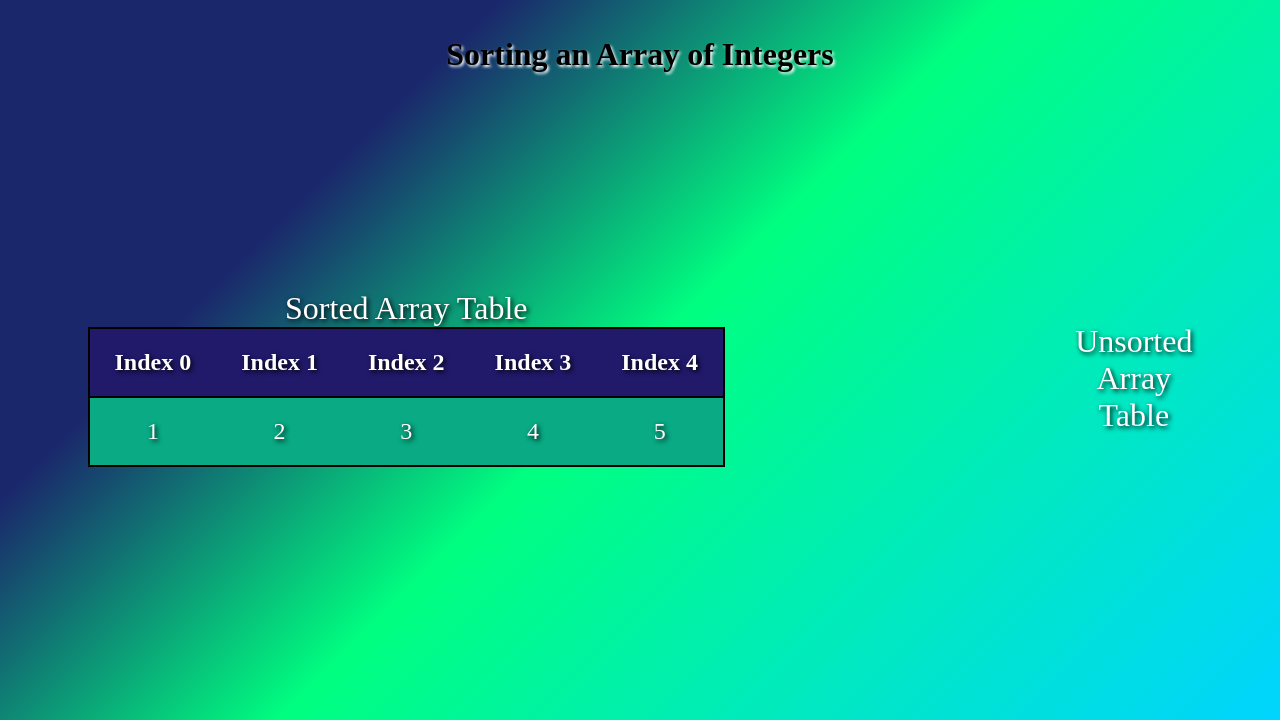
Repository: mlmEFSC21/P16-Sorting-Integers
Page: sort.html
These files come from the project's save history. The page is drawn as it stood at one moment and after the next save; the edit follows.
The browser window is 1280 px wide. The pictures show the whole page.

Above is the page before, as saved 2022-03-25 14:22:12.

After the next save:
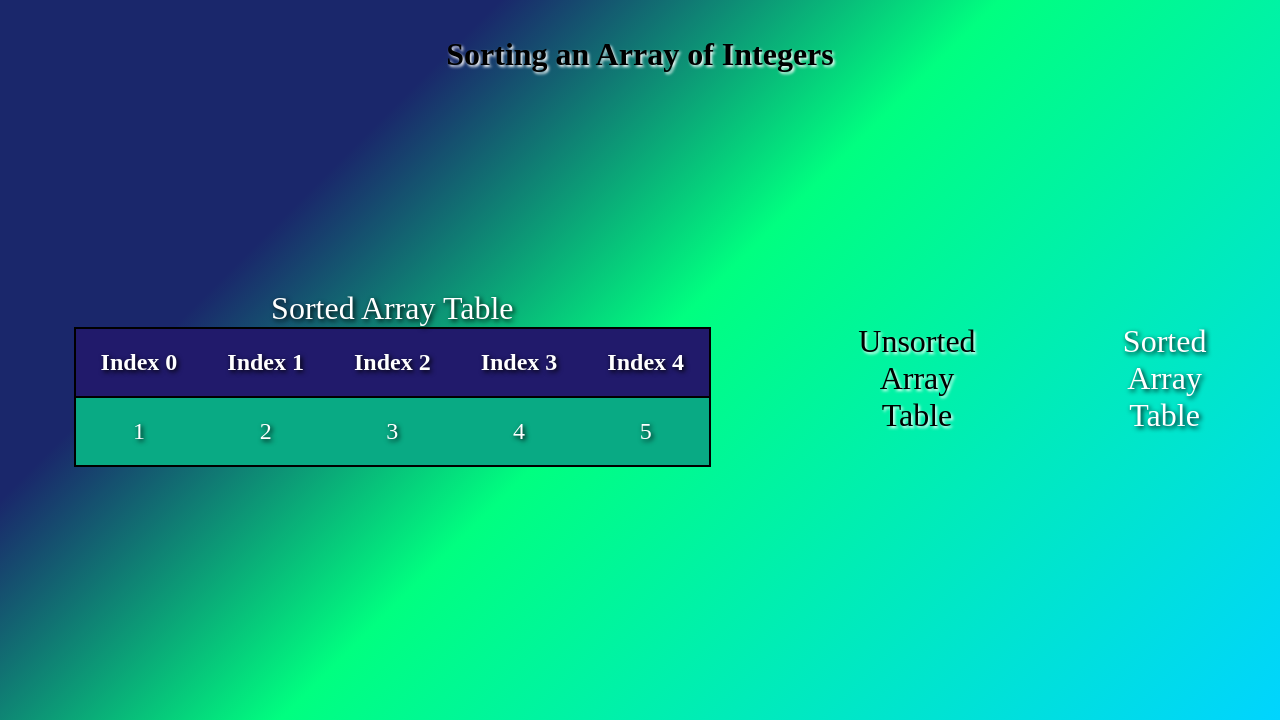
Saved 33 s later.
--- a/sort.js
+++ b/sort.js
@@ -14,7 +14,7 @@ sortedTable.setAttribute("class", "sortedTable");
 arrayContainer.append(sortedTable);
 const sortedCaption = document.createElement("caption");
 sortedCaption.innerText = "Sorted Array Table";
-sortedTable.append(unsortedCaption);
+sortedTable.append(sortedCaption);
 
 // let i = 0;
 // while (i < 5) {
